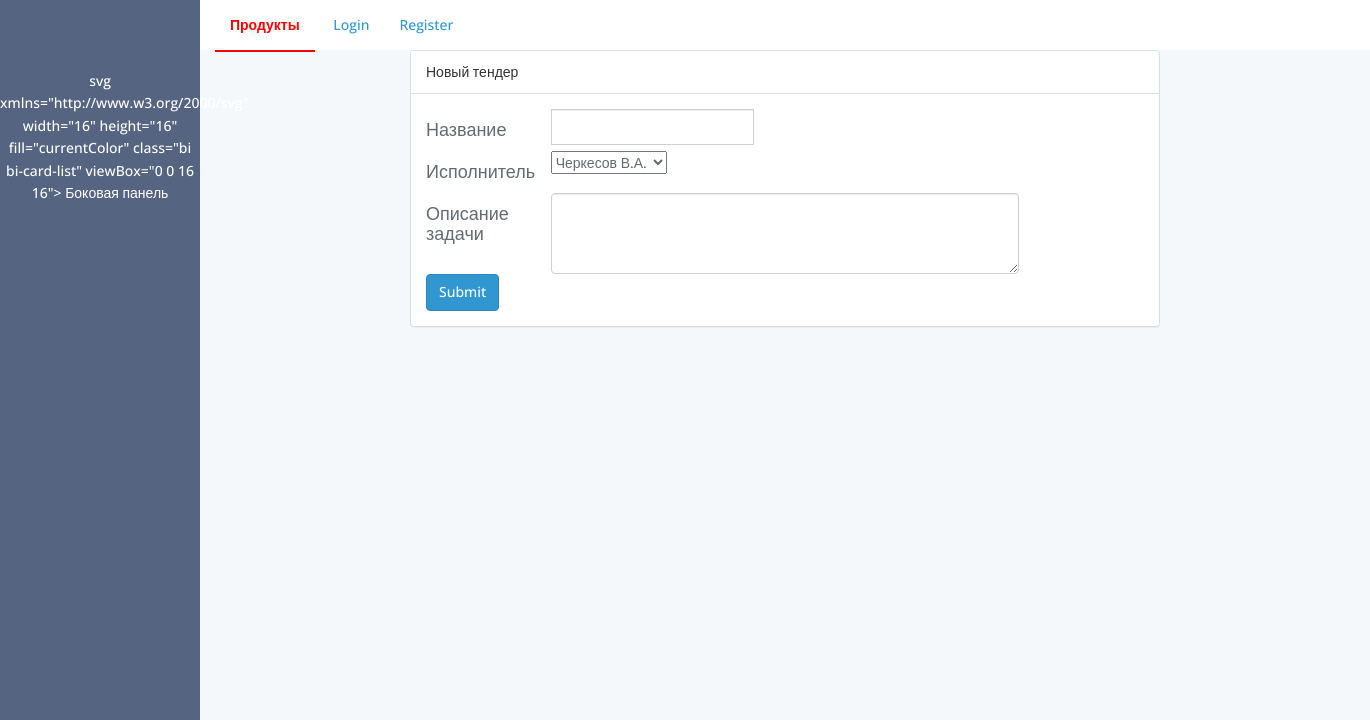
Repository: blackjack043/laravel-crud
Page: resources/views/page2.blade.php
An editor plug-in stored every save of this project. The page is shown before and after the next save, followed by the edit.
The browser window is 1280 px wide. The page is 1370 px wide, then 1280 px, so the pictures cover 1370 px, including what lies to the right of the window. The pictures show the whole page.
Some web fonts or font styles are not loaded; a fallback is used. The page is served by the project's Laravel application, run on PHP 8.4 with Laravel 8. Other server files are loaded and not shown. The template is opened directly, without the code that normally fills it, so the values that code supplies are empty.

Above is the page before, as saved 2022-03-06 21:40:27.

### routes/web.php
<?php

/*
|--------------------------------------------------------------------------
| Web Routes
|--------------------------------------------------------------------------
|
| Here is where you can register web routes for your application. These
| routes are loaded by the RouteServiceProvider within a group which
| contains the "web" middleware group. Now create something great!
|
*/
use Illuminate\Http\Request;
use App\Contact12;


Route::get('/', function () {
    return view('welcome');
});

Route::get('/page2', function () {
    return view('page2');
});



Route::post('/profile', 'ContactController@submit');

Auth::routes();

Route::get('/home', 'HomeController@index');

Auth::routes();

Route::get('/home', 'HomeController@index');

### resources/views/page2.blade.php
@extends('layouts.app2')

@section('content')
<div class="container">
    <div class="row">
        <div class="col-md-8 col-md-offset-2">
            <div class="panel panel-default">
                <div class="panel-heading">Новый тендер</div>
                <div class="panel-body">


        @if($errors->any())
            <div style=>
            @foreach ($errors->all() as $error)
            <div >
                {{$error}}
            </div>
            @endforeach
            </div>
         @endif
<form  method="POST" action="/profile">
{{ csrf_field() }}

                <div class="row" >
  <div class="col-md-2" ><h4>Название</h4></div>
  <div class="col-md-10">
<div class="input-group" >
<input type="text" name="label" class="form-control"  aria-describedby="sizing-addon2">
                </div></div>
</div>

<div class="row">
  <div class="col-md-2"><h4>Исполнитель</h4></div>
  <div class="col-md-10">
    <select name="ispolnitel">
    <option value="cherkesov">Черкесов В.А.</option>
    <option value="matancev">Матанцев Е.Р.</option>
    </select>
</div>
</div>

<div class="row">
  <div class="col-md-2"><h4>Описание задачи</h4></div>
  <div class="col-md-8">
		<textarea name="text" class="form-control" rows="3"></textarea>
</div>



</div>
<input type="submit" class="btn btn-primary">
</form>






                </div>
            </div>
        </div>
    </div>
</div>
@endsection

### resources/views/layouts/app2.blade.php
<!DOCTYPE html>
<html lang="en">
<head>
    <meta charset="utf-8">
    <meta http-equiv="X-UA-Compatible" content="IE=edge">
    <meta name="viewport" content="width=device-width, initial-scale=1">
    <link rel="preconnect" href="https://fonts.googleapis.com">
<link rel="preconnect" href="https://fonts.gstatic.com" crossorigin>
<link href="https://fonts.googleapis.com/css2?family=Open+Sans:wght@300;500;700&display=swap" rel="stylesheet">
    <!-- CSRF Token -->
    <meta name="csrf-token" content="{{ csrf_token() }}">

    <title>{{ config('app.name', 'Laravel') }}</title>

    <!-- Styles -->
    <link href="/css/app.css" rel="stylesheet">

    <!-- Scripts -->
    <script>
        window.Laravel = <?php echo json_encode([
            'csrfToken' => csrf_token(),
        ]); ?>
    </script>
</head>
<body style="font-family: 'Open Sans', sans-serif;">
    <div id="app" style="display: flex;">
        <div style="width:200px; height:100vh;background: #556480;color: white; font-size: 14px;text-align: center; padding-top:70px" >
        svg xmlns="http://www.w3.org/2000/svg" width="16" height="16" fill="currentColor" class="bi bi-card-list" viewBox="0 0 16 16">
  <path d="M14.5 3a.5.5 0 0 1 .5.5v9a.5.5 0 0 1-.5.5h-13a.5.5 0 0 1-.5-.5v-9a.5.5 0 0 1 .5-.5h13zm-13-1A1.5 1.5 0 0 0 0 3.5v9A1.5 1.5 0 0 0 1.5 14h13a1.5 1.5 0 0 0 1.5-1.5v-9A1.5 1.5 0 0 0 14.5 2h-13z"/>
  <path d="M5 8a.5.5 0 0 1 .5-.5h7a.5.5 0 0 1 0 1h-7A.5.5 0 0 1 5 8zm0-2.5a.5.5 0 0 1 .5-.5h7a.5.5 0 0 1 0 1h-7a.5.5 0 0 1-.5-.5zm0 5a.5.5 0 0 1 .5-.5h7a.5.5 0 0 1 0 1h-7a.5.5 0 0 1-.5-.5zm-1-5a.5.5 0 1 1-1 0 .5.5 0 0 1 1 0zM4 8a.5.5 0 1 1-1 0 .5.5 0 0 1 1 0zm0 2.5a.5.5 0 1 1-1 0 .5.5 0 0 1 1 0z"/>
</svg>
        Боковая панель</div>
        <div style="display:inline; ">
        <nav class="" style="height: 50px; background: white; color:#f5f5f5">
            <div class="container">
                <div class="navbar-header">

                </div>

                <div style="display: flex;">
                    <!-- Left Side Of Navbar -->
                    <ul class="nav navbar-nav navbar-left">
                        &nbsp;
                        <li style="border-bottom: 2px solid red; color: red"><a href="#" style="color: red; font-weight: bold">Продукты</a></li>
                    </ul>

                    <!-- Right Side Of Navbar -->
                    <ul class="nav navbar-nav navbar-right">
                        <!-- Authentication Links -->
                        @if (Auth::guest())
                            <li><a href="{{ url('/login') }}">Login</a></li>
                            <li><a href="{{ url('/register') }}">Register</a></li>
                        @else
                            <li class="dropdown">
                                <a href="#" class="dropdown-toggle" data-toggle="dropdown" role="button" aria-expanded="false">
                                    {{ Auth::user()->name }} <span class="caret"></span>
                                </a>

                                <ul class="dropdown-menu" role="menu">
                                    <li>
                                        <a href="{{ url('/logout') }}"
                                            onclick="event.preventDefault();
                                                     document.getElementById('logout-form').submit();">
                                            Logout
                                        </a>

                                        <form id="logout-form" action="{{ url('/logout') }}" method="POST" style="display: none;">
                                            {{ csrf_field() }}
                                        </form>
                                    </li>
                                </ul>
                            </li>
                        @endif
                    </ul>
                </div>
            </div>
        </nav>

        @yield('content')
    </div>
    </div>
    <!-- Scripts -->
    <script src="/js/app.js"></script>
</body>
</html>

Loaded but not shown: app/Http/Controllers/Auth/LoginController.php (common file); app/Http/Controllers/Controller.php (common file); public/css/app.css (library); public/js/app.js (library)

After the next save:
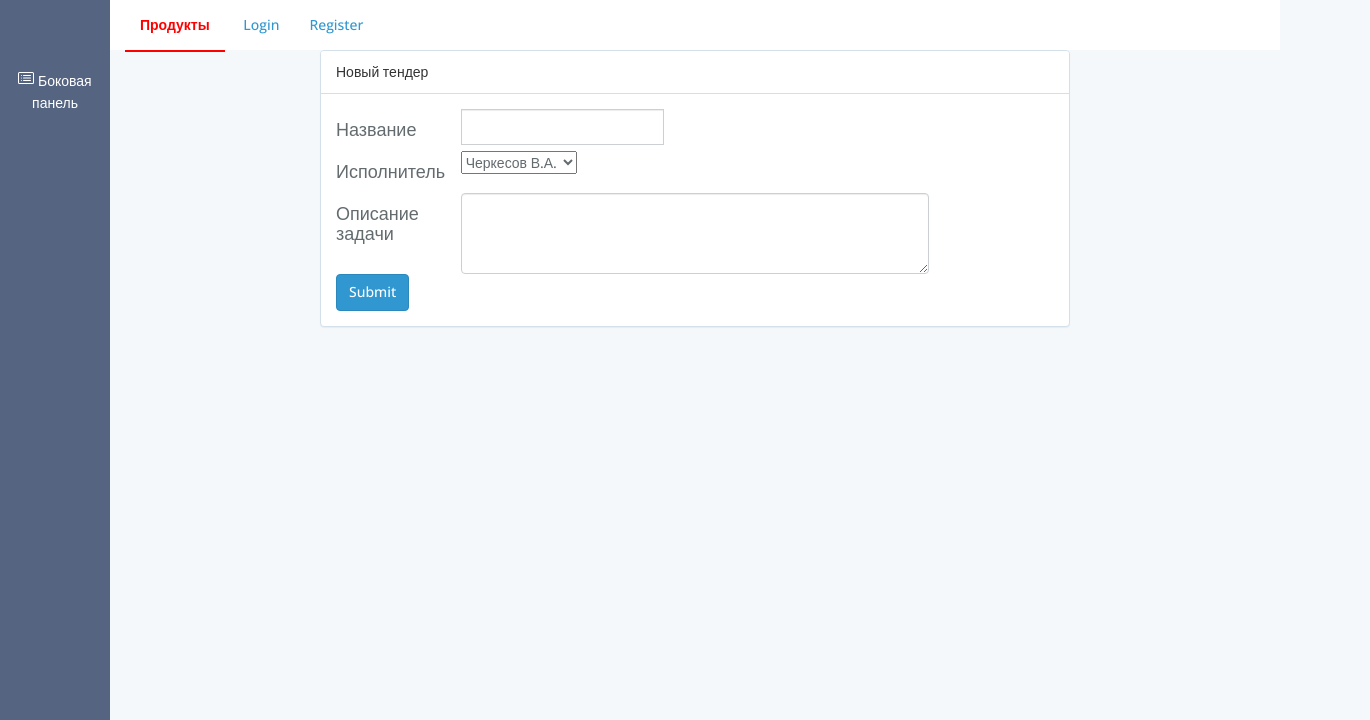
Saved 15 s later.
--- a/resources/views/layouts/app2.blade.php
+++ b/resources/views/layouts/app2.blade.php
@@ -25,7 +25,7 @@
 <body style="font-family: 'Open Sans', sans-serif;">
     <div id="app" style="display: flex;">
         <div style="width:200px; height:100vh;background: #556480;color: white; font-size: 14px;text-align: center; padding-top:70px" >
-        svg xmlns="http://www.w3.org/2000/svg" width="16" height="16" fill="currentColor" class="bi bi-card-list" viewBox="0 0 16 16">
+        <svg xmlns="http://www.w3.org/2000/svg" width="16" height="16" fill="currentColor" class="bi bi-card-list" viewBox="0 0 16 16">
   <path d="M14.5 3a.5.5 0 0 1 .5.5v9a.5.5 0 0 1-.5.5h-13a.5.5 0 0 1-.5-.5v-9a.5.5 0 0 1 .5-.5h13zm-13-1A1.5 1.5 0 0 0 0 3.5v9A1.5 1.5 0 0 0 1.5 14h13a1.5 1.5 0 0 0 1.5-1.5v-9A1.5 1.5 0 0 0 14.5 2h-13z"/>
   <path d="M5 8a.5.5 0 0 1 .5-.5h7a.5.5 0 0 1 0 1h-7A.5.5 0 0 1 5 8zm0-2.5a.5.5 0 0 1 .5-.5h7a.5.5 0 0 1 0 1h-7a.5.5 0 0 1-.5-.5zm0 5a.5.5 0 0 1 .5-.5h7a.5.5 0 0 1 0 1h-7a.5.5 0 0 1-.5-.5zm-1-5a.5.5 0 1 1-1 0 .5.5 0 0 1 1 0zM4 8a.5.5 0 1 1-1 0 .5.5 0 0 1 1 0zm0 2.5a.5.5 0 1 1-1 0 .5.5 0 0 1 1 0z"/>
 </svg>
